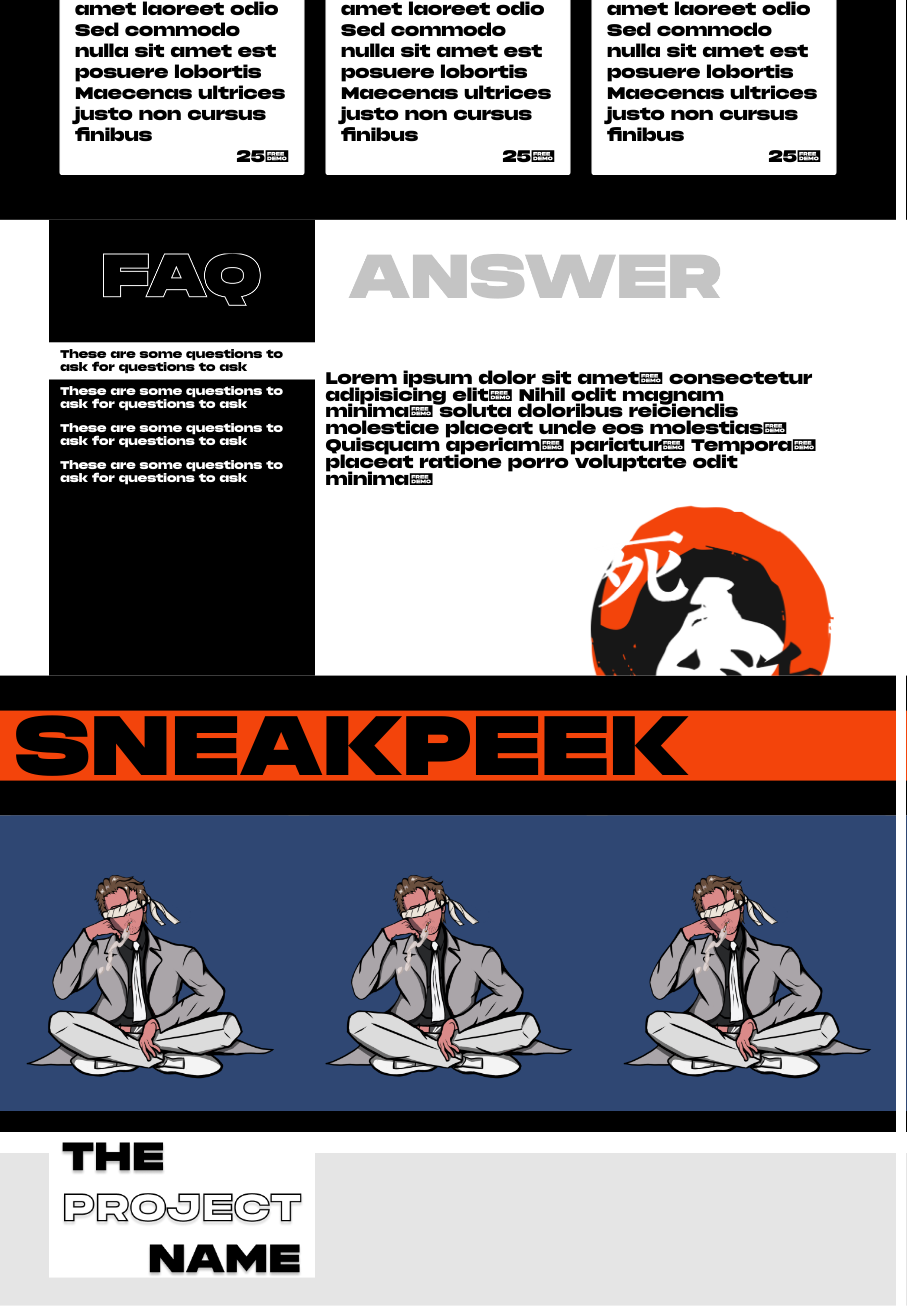
Repository: danishmahmoodawan/Sneakpeak
Page: /
An editor plug-in stored every save of this project. The page is shown before and after the next save, followed by the edit.
The browser window is 1280 px wide. The page is 1295 px wide, so the pictures cover 1295 px, including what lies to the right of the window. The pictures show the part of the page from y = 1403 to 3283 px (the page is 3268 px tall before and 3283 px after), at 70% of full size.
The project was rebuilt for these pictures with package versions that can differ from the ones it lists, and the page was loaded fresh each time.

Above is the page before, as saved 2022-02-28 22:25:50.

After the next save:
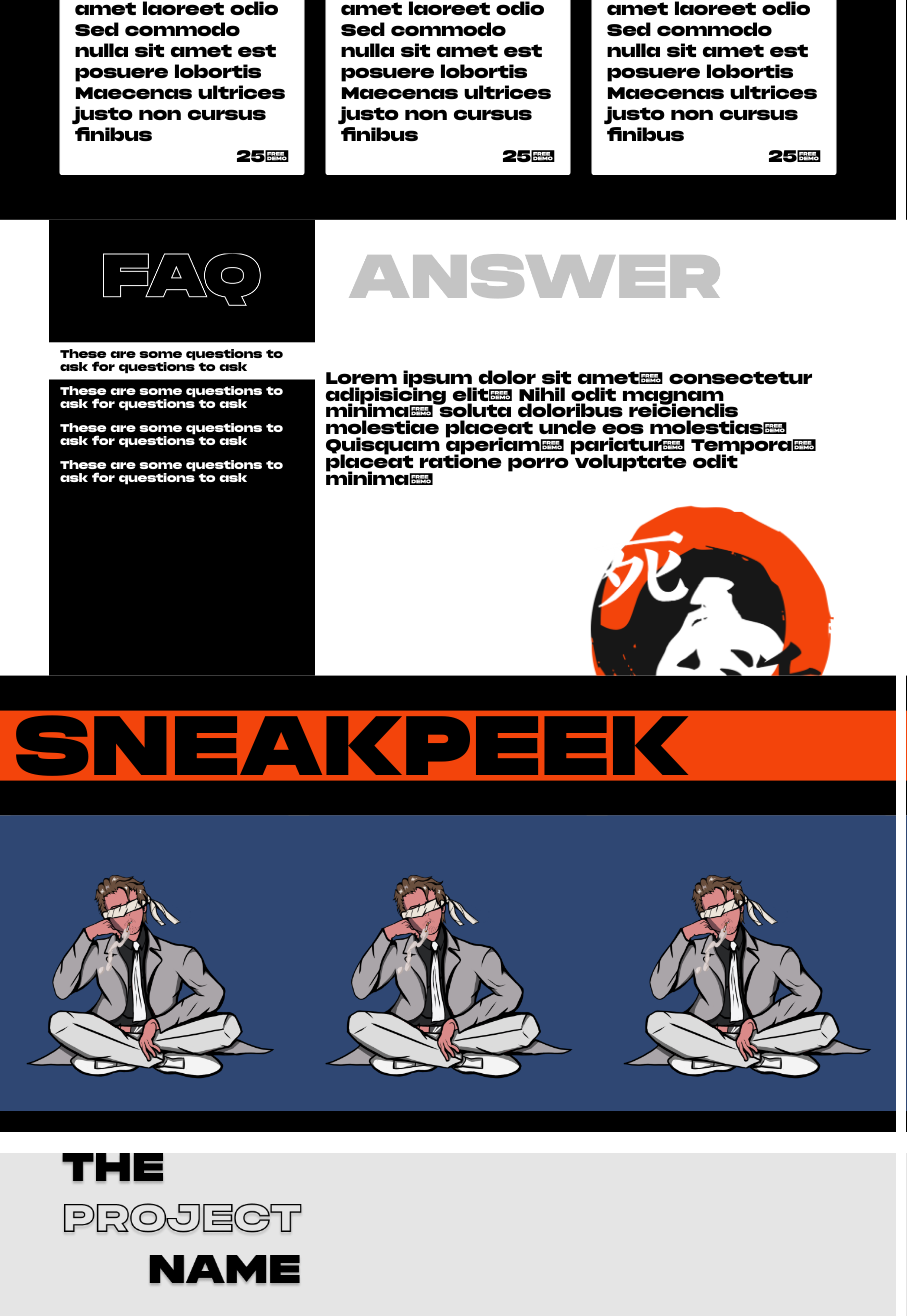
Saved 98 s later.
--- a/src/pages/Home.js
+++ b/src/pages/Home.js
@@ -235,7 +235,7 @@ function Home() {
         <section className="section_seven">
         <div className="container">
         <div className="row">
-            <div className="col-4 col_white ">
+            <div className="col-4 col_whites ">
             <img src="assets/images/project_name.png" alt="char_img" className="desktop122_image" />
             </div>
             </div>
